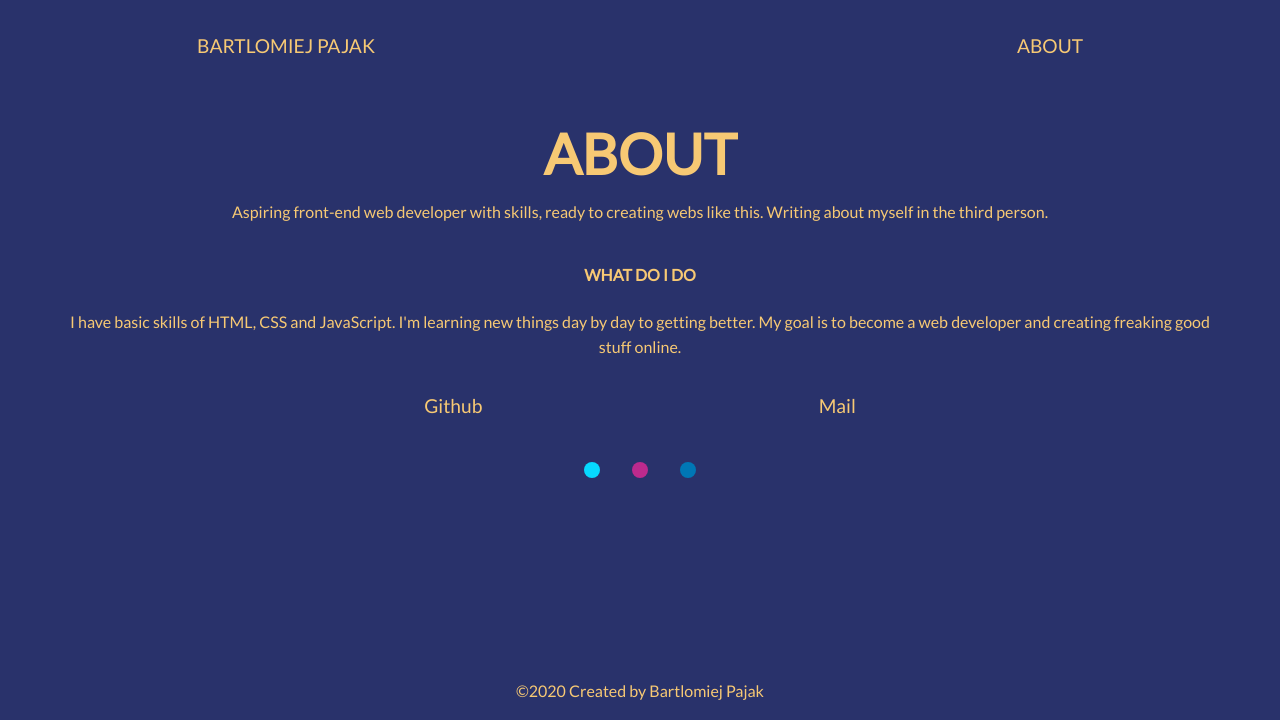
Repository: spidero7/personal-site
Page: about.html
These files come from the project's save history. The page is drawn as it stood at one moment and after a run of saves; the edit follows.
The browser window is 1280 px wide. The pictures show the whole page.
The pointer rests on the first visible `.social a`.

Above is the page before, as saved 2020-04-16 23:18:21.

### about.html
<!DOCTYPE html>
<html>

    <head>
        <meta charset="utf-8">
        <title>Bartlomiej Pajak</title>
        <meta name="viewport" content="width=device-width, initial-scale=1">
        <link rel="stylesheet" href="css/normalize.css">
        <link href="https://fonts.googleapis.com/css2?family=Lato&display=swap" rel="stylesheet">
        <link rel="stylesheet" href="css/style.css">
        <link rel="stylesheet" href="css/flexbox.css">
    </head>

    <body>

        <div>
            <header class="main-header">
                <nav>
                    <ul class="main-nav">
                        <li><a href="index.html">Bartlomiej Pajak</a></li>
                        <li><a href="about.html">About</a></li>
                    </ul>
                </nav>
            </header>
        </div>

        <div class="about-container">

            <h1 class="about">About</h1>
            <p class="me">Aspiring front-end web developer with skills, ready to creating webs like this. Writing about myself in the third person.</p>
            <h4>What do I do</h4>
            <p>I have basic skills of HTML, CSS and JavaScript. I'm learning new things day by day to getting better. My goal is to become a web developer and creating freaking good stuff online.</p>

        </div>

        <div>
            <ul class="contact">
                <li><a href="#">Github</a></li>
                <li><a href="#">Mail</a></li>
            </ul>
        </div>

        <div>
            <ul class="social">
                <li><a target="_blank" href="#" class="twitter">twitter</a></li>
                <li><a target="_blank" href="#" class="instagram">instagram</a></li>
                <li><a target="_blank" href="#" class="linkedin">linkedin</a></li>
            </ul>
        </div>

        <footer class="main-footer">
            <span>&copy;2020 Created by Bartlomiej Pajak</span>
        </footer>

    </body>
</html>

### css/style.css
/* =================================
  Base Element Styles
==================================== */

* {
    box-sizing: border-box;
}

body {
    font-family: 'Lato', sans-serif;
    line-height: 1.6;
    color: #F7C974;
    margin: 0;
    background-color: #29326B;
}

h1 {
    text-transform: uppercase;
    text-align: center;
    display: block;
    font-size: 3.5em;
    margin-bottom: auto;

}

h4 {
    text-transform: uppercase;
    align-self: center;
}

ul {
    margin: 0;
    padding: 0;
    list-style: none;
}

a {
    text-decoration: none;
    color: #F7C974;
    font-weight: 500;
    font-size: 1.2em;

}

p {
    margin-top: 0;
}

/* =================================
  Base Layout Styles
==================================== */

/* ---- Navigation ---- */

.main-nav {
    margin-top: 5px;
}

.main-nav a {
    text-align: center;
    display: block;
    padding: 5px 5px;
    text-transform: uppercase;
    margin-top: 15px;
}

a:hover {
    color: rgb(212, 188, 144);
}

.target {
    text-align: center;
    display: block;
    font-weight: 500;
    font-size: 1.2em;
    margin-top: 10px;;
}


/* ---- Layout Containers ---- */

.main-header {
    padding-top: .35em;
    padding-bottom: .35em;
}

.container {
    padding: 1em 0;
    width: 80%;
    margin: 0 auto;
}

.main-footer {
    padding: 1em 0;
    margin-top: 30px;
    text-align: center;
}

.about-container {
    width: 90%;
    margin: 0 auto;
    text-align: center;
}

.contact {
    margin: 15px auto 0 auto;
    width: 60%;
}

/* =================================
    Social
==================================== */

.social a{
    display: inline-block;
    border-radius: 50%;
    margin: 40px 16px 0 16px;
    width: 16px;
    height: 16px;
    overflow: hidden;
    white-space: nowrap;
    text-indent: 99em;
    transition: .2s;
}

.social a:hover {
    width: ;
}

.twitter {
    background-color: #06d9ff;
}

.instagram {
    background-color: #bc2a8d;
}

.linkedin {
    background-color: #0077B5;
}

/* =================================
  Media Queries
==================================== */


@media (min-width: 769px) {
    .main-header,
    .main-footer,
    .container  {
        width: 80%;
        margin: 0 auto;
    }

    .position {
        font-size: 4.5em;
    }

    .target {
        font-size: 1.4em;
    }

}

@media (min-width: 1025px) {
    .container{
        width: 60%;
        max-width: 810px;
    }
}

@media (min-width: 1025px) {
    .main-header {
        width: 70%;
    }
}

### css/flexbox.css
/* =================================
  Base Styles
==================================== */

body {
    display: flex;
    flex-direction: column;
    min-height: 100vh;
}

.main-footer {
    margin-top: auto;
}

.about-container {
    display: flex;
    flex-direction: column;
    align-items: center;
}

.contact {
    display: flex;
    justify-content: space-around;
    margin: 15px auto 0 auto;
}

.social {
    display: flex;
    justify-content: center;
}

/* =================================
  Media Queries
==================================== */

@media (min-width: 769px) {
    .main-nav {
        display: flex;
        flex-direction: row;
        justify-content: space-between;
    }

    .container {
        margin-top: 50px;
    }

}

Loaded but not shown: css/normalize.css (library)

After the next 4 saves:
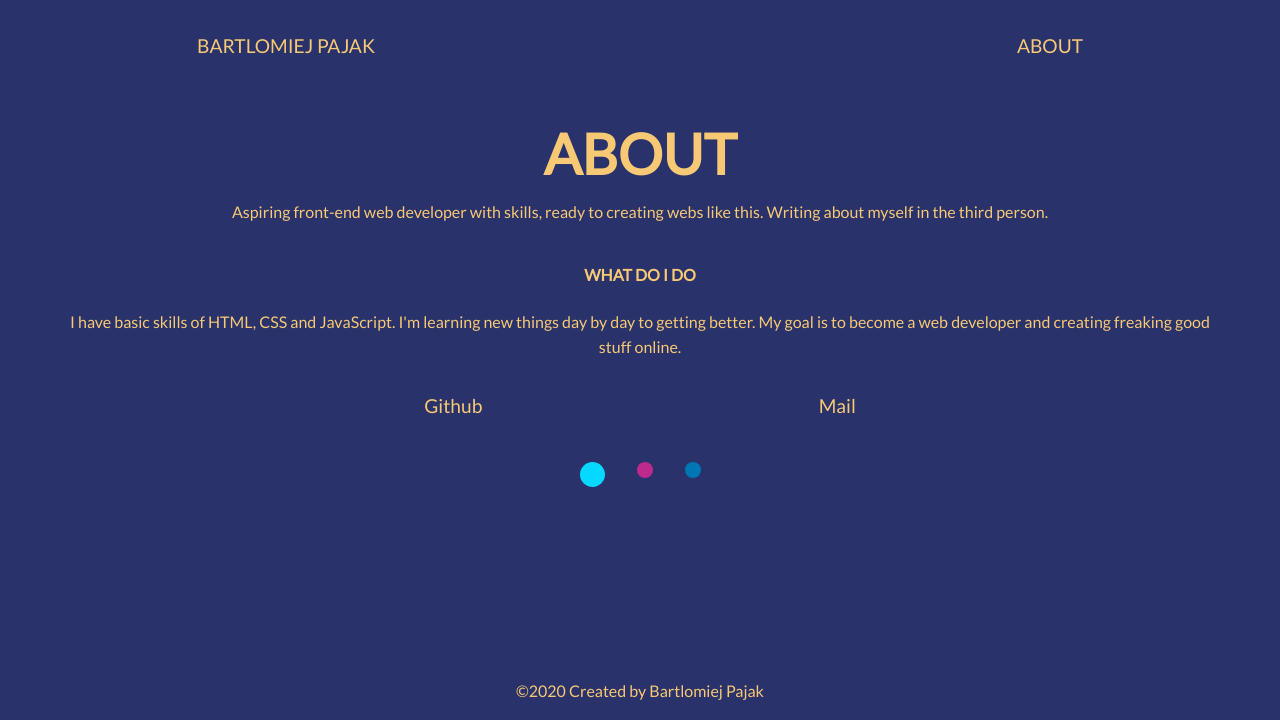
The 4 saves are shown as one change because they came seconds apart.
The last was saved 17 s later.
--- a/css/style.css
+++ b/css/style.css
@@ -124,7 +124,8 @@ a:hover {
 }
 
 .social a:hover {
-    width: ;
+    width: 25px;
+    height: 25px;
 }
 
 .twitter {
